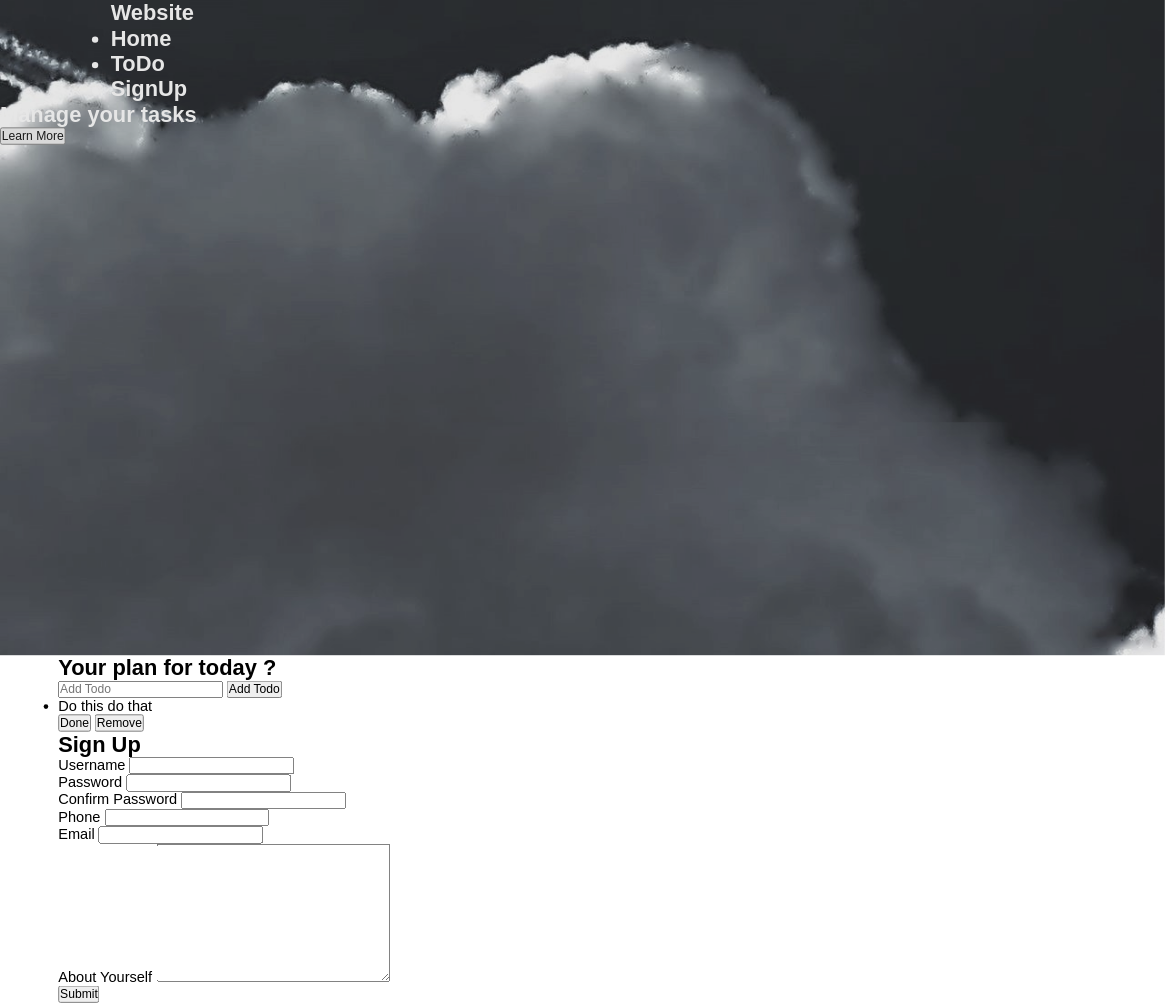
Repository: codewithfaizan/JavaScriptSelf
Page: 27.08.2022/index.html
The author's editor kept a copy of each file at every save. The page is drawn from the files as they stood at one save, then again after a run of saves.
The browser window is 1280 px wide. The pictures show the whole page, at 91% of full size.

Above is the page before, as saved 2022-08-27 16:58:00.

### 27.08.2022/index.html
<!-- Creating html page -->
<!DOCTYPE html>
<html lang="en">
<head>
    <meta charset="UTF-8">
    <meta http-equiv="X-UA-Compatible" content="IE=edge">
    <meta name="viewport" content="width=device-width, initial-scale=1.0">
    <title>Website</title>
    <link rel="stylesheet" href="style.css">
</head>
<body>
    <header class="header">
        <nav class="nav container">
            <div class="container">
                <h1 class="logo">Website</h1class>
                <ul>
                    <li><a href="#">Home</a></li>
                    <li><a href="#">ToDo</a></li>
                    <li><a href="#">SignUp</a></li>
                </ul>
            </div>
        </nav>
        <div class="headline">
            <h2 id="main-heading">
              Manage your tasks <span style="display: none">Hello</span>
            </h2>
            <button class="btn btn-headline">Learn More</button>
          </div>
    </header>
    <section class="section-todo container">
        <h2>Your plan for today ?</h2>

        <form class="form-todo">
          <input type="text" name="" id="" placeholder="Add Todo" />
          <input type="submit" value="Add Todo" class="btn" />
        </form>

        <ul class="todo-list">
            <li>
              <span class="text">Do this do that</span>
              <div class="todo-buttons">
                <button class="todo-btn done">Done</button>
                <button class="todo-btn remove">Remove</button>
              </div>
            </li>
          </ul>
        </section>

        <section class="section-signup container">
            <h2>Sign Up</h2>
            <form class="signup-form">
              <div class="form-group">
                <label for="username">Username</label>
                <input type="text" name="username" id="username" />
              </div>
              <div class="form-group">
                <label for="password">Password</label>
                <input type="password" name="password" id="password" />
              </div>
              <div class="form-group">
                <label for="confirmPassword">Confirm Password</label>
                <input type="password" name="confirmPassword" id="confirmPassword" />
              </div>
              <div class="form-group">
                <label for="phone">Phone</label>
                <input type="text" name="phone" id="phone" />
              </div>
              <div class="form-group">
                <label for="email">Email</label>
                <input type="email" name="email" id="email" />
              </div>
              <div class="form-group">
                <label for="about">About Yourself</label>
                <textarea name="about" id="about" cols="30" rows="10"></textarea>
              </div>
              <button type="submit" class="btn signup-btn">Submit</button>
            </form>
          </section>
</body>
</html>

### 27.08.2022/style.css
*{
    box-sizing: border-box;
    padding:0;
    margin: 0;
}

body {
    font-family:Arial, Helvetica, sans-serif;
}

a{
    text-decoration: none;
    color:white
}
.header{
   min-height: 100vh;  /* <--!vh means viewport height--> */
    background-image: url(./pexels-sevenstorm-juhaszimrus-1302330.jpg);
    filter:brightness(40%);
    filter:contrast(80%);
    /* drop-shadow(h-shadow v-shadow) */
    background-position: center;
    background-repeat: no-repeat;
    color: white;
}

.container{
    max-width: 1200px;
    margin: auto;
    width: 90%;
}

.nav{
    min-height: 8vh;
    display: flex;
    justify-content: space-between;
}

After the next 2 saves:
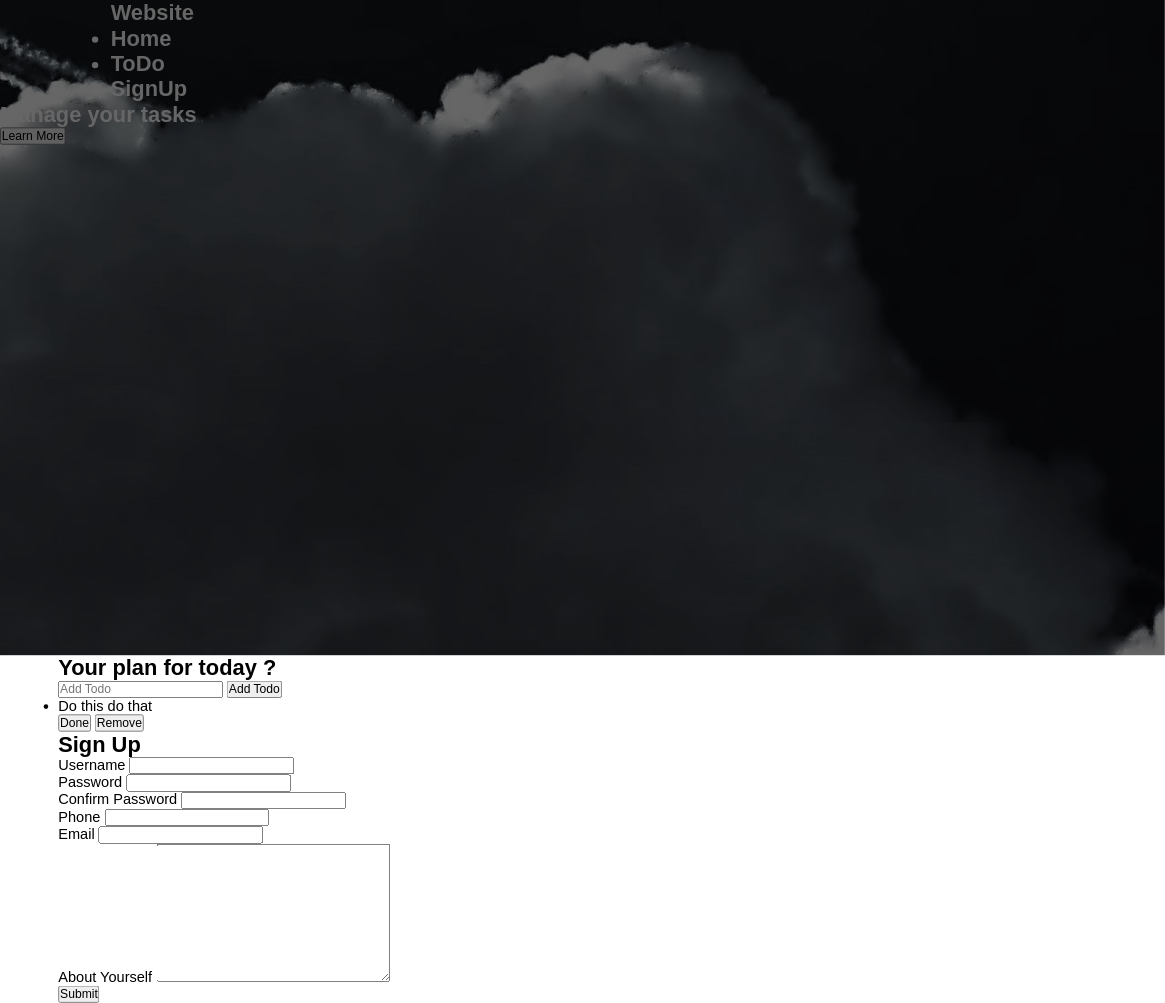
The 2 saves are shown as one change because they came seconds apart.
The last was saved 6 s later.
--- a/27.08.2022/style.css
+++ b/27.08.2022/style.css
@@ -16,8 +16,7 @@ a{
    min-height: 100vh;  /* <--!vh means viewport height--> */
     background-image: url(./pexels-sevenstorm-juhaszimrus-1302330.jpg);
     filter:brightness(40%);
-    filter:contrast(80%);
-    /* drop-shadow(h-shadow v-shadow) */
+    /* filter:contrast(80%); */
     background-position: center;
     background-repeat: no-repeat;
     color: white;
